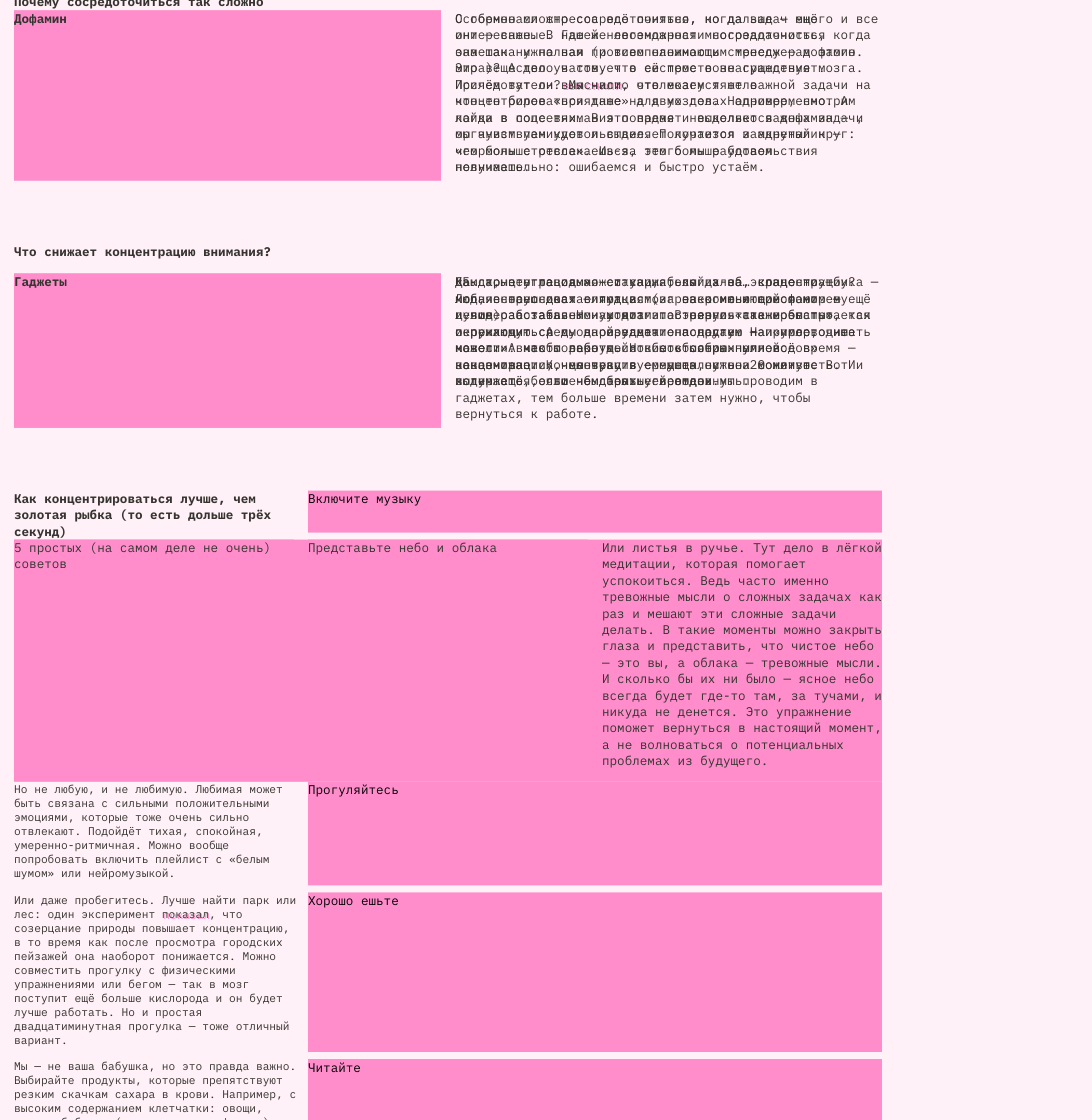
Repository: NikWolf75/slozhno-sosredotochitsya-fd
Page: index.html
The author's editor kept a copy of each file at every save. The page is drawn from the files as they stood at one save, then again after a run of saves.
The browser window is 1280 px wide. The page is 1560 px wide, so the pictures cover 1560 px, including what lies to the right of the window. The pictures show the part of the page from y = 837 to 2437 px (the page is 7257 px tall before and 7201 px after), at 70% of full size.

Above is the page before, as saved 2025-02-27 23:27:06.

After the next 2 saves:
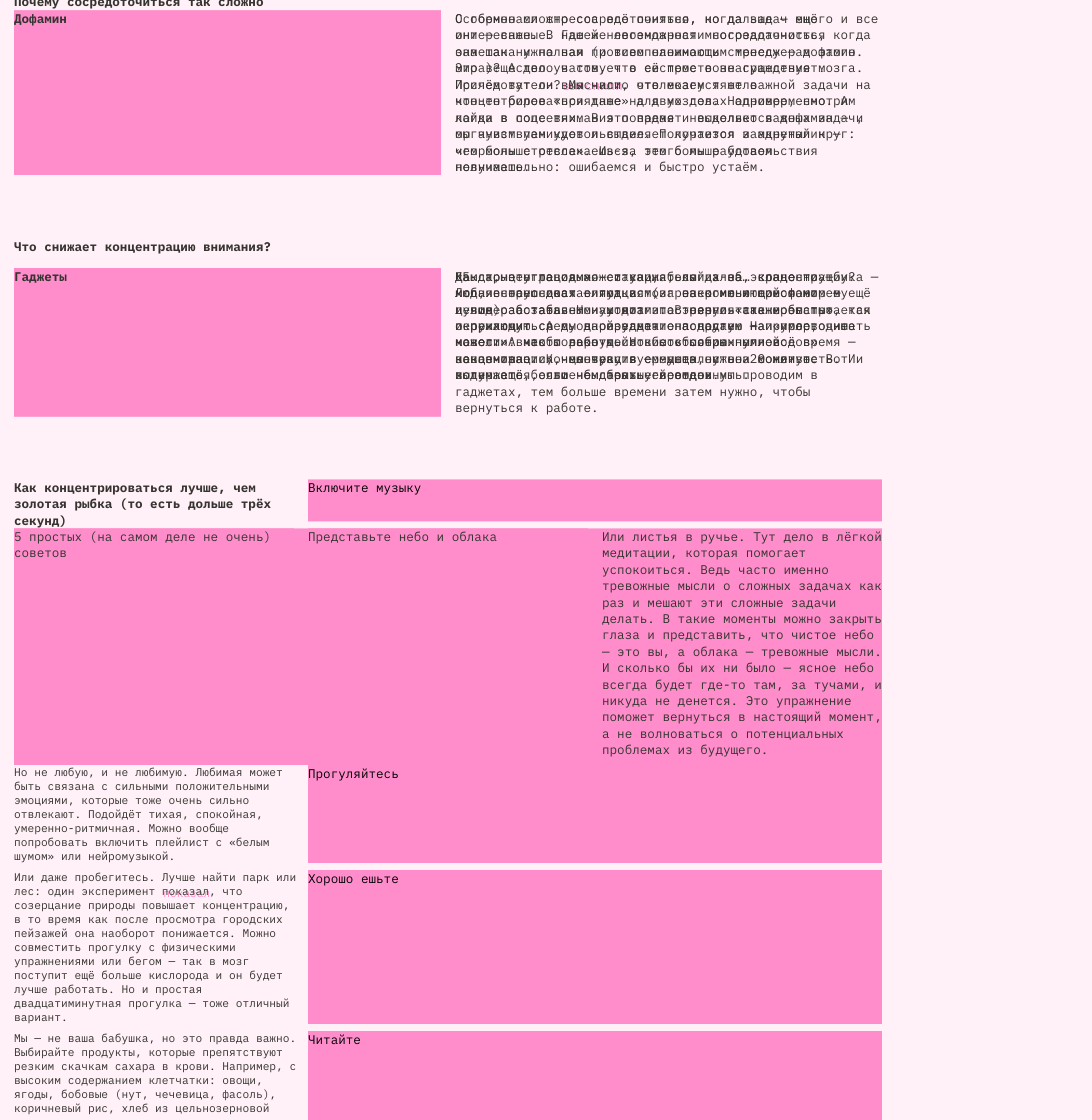
The 2 saves are shown as one change because they came seconds apart.
The last was saved 8 s later.
--- a/styles/style.css
+++ b/styles/style.css
@@ -382,7 +382,7 @@
   line-height: inherit;
   color: var(--answer-text-color);
   margin: 0;
-  padding-bottom: 18px;
+  padding-bottom: 10px;
 }
 
 .answer, .answer_large:last-of-type {
